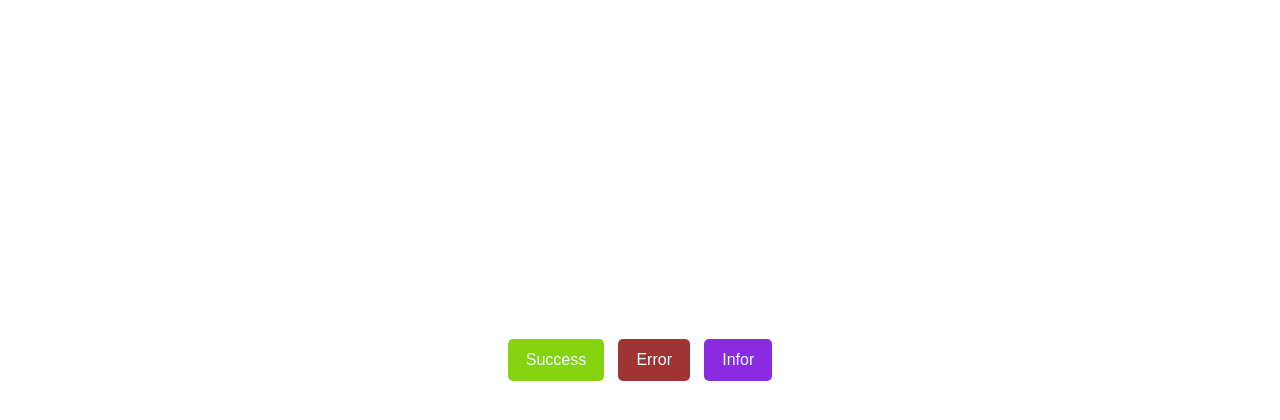
Repository: thuynguyen0964/Toast-Cooler
Page: index.html
The author's editor kept a copy of each file at every save. The page is drawn from the files as they stood at one save, then again after a run of saves.
The browser window is 1280 px wide. The pictures show the whole page.

Above is the page before, as saved 2023-01-27 16:37:23.

### index.html
<!DOCTYPE html>
<html lang="en">
  <head>
    <meta charset="UTF-8" />
    <meta http-equiv="X-UA-Compatible" content="IE=edge" />
    <meta name="viewport" content="width=device-width, initial-scale=1.0" />
    <title>Toast Mess Cooler</title>
    <link
      href="https://fonts.googleapis.com/css2?family=Montserrat:wght@300;400&display=swap"
      rel="stylesheet"
    />
    <link
      rel="stylesheet"
      href="https://cdnjs.cloudflare.com/ajax/libs/font-awesome/6.2.1/css/all.min.css"
    />
    <link rel="stylesheet" href="./app/style.css" />
  </head>
  <body>
    <ul class="container">

    </ul>
    <div class="button__set">
        <button class="btn" id="Success">Success</button>
        <button class="btn" id="Error">Error</button>
        <button class="btn" id="Infor">Infor</button>
    </div>

    <script src="./app/main.js"></script>
  </body>
</html>

### app/style.css
*{
    margin: 0;
    padding: 0;
    box-sizing: border-box;
}
body{
    font-family: "Montserrat", sans-serif;
    display: flex;
    align-items: center;
    justify-content: center;
    min-height: 100vh;
}
.container{
    position: fixed;
    top: 30px;
    right: 20px;
}
.toast{
    width: 350x;
    list-style: none;
    border-left: 5px solid #9de031;
    border-radius: 5px;
    display: flex;
    align-items: center;
    justify-content: space-between;
    background-color: #e1ebe671;
    margin: 10px 0;
    animation: sliderin 0.5s ease forwards;
}

@keyframes sliderin {
    0%{
        transform: translate(calc(100% + 20px));
    }
    100%{
        transform: translate(0);
    }
}
.toast__text{
    padding: 0 12px;
}
.toast__desc,
.toast__title{
    margin: 8px 0;
}
.icon__close,
.icon{
    padding:0 10px;
    font-size: 24px;
}
.icon__close{
    cursor: pointer;
}

.Success .icon{
    color:#86d410 ;
}
.Error .icon{
    color: #a03333;
}
.Infor .icon{
    color: blueviolet;
}

.btn{
    font-size: 16px;
    color: azure;
    border: unset;
    outline: none;
    padding: 12px 18px;
    margin: 0 5px;
    border-radius: 5px;
    cursor: pointer;
}
.btn:active{
    transform: scale(0.8);
}
.btn#Success{
    background-color: #86d410;
}
.btn#Error{
    background-color: #a03333;
}
.btn#Infor{
    background-color: blueviolet;
}
@keyframes fadeout {
    0%{
        transform: translate(0);
    }
    100%{
        transform: translate(calc(100% + 20px));
    }
}
.hidden{
    animation: fadeout 0.5s linear forwards;
}

@media screen and (max-width : 600px){
    .container{
        width: 90%;
        margin: 0 auto;
    }
    .container .toast{
        width: 100%;
        font-size: 16px;
    }
    .btn{
        margin: 0 3px;
        font-size: 1.1rem;
        padding: 8px 15px;
    }
}

### app/main.js
let container = document.querySelector(".container");
let btns = document.querySelectorAll(".btn");
let toastDetails = {
  time: 4000,
  Success: {
    icon: "fa-solid fa-circle-check",
    title: "success",
    text: "This is a success toast!!!",
  },
  Error: {
    icon: "fa-solid fa-triangle-exclamation",
    title: "error",
    text: "This is a error toast!!!",
  },
  Infor: {
    icon: "fa-solid fa-circle-info",
    title: "infor",
    text: "This is a infor toast!!!",
  },
};
let removeToast = (toast) => {
    if(toast.timeId){clearTimeout(toast.timeId)};
  toast.classList.add("hidden");
  setTimeout(() => {
    toast.remove();
  }, 500);
  //xoa toast khỏi DOM sau 0.5s
};

let createToast = function (id) {
  let { icon, text, title } = toastDetails[id];
  let toast = document.createElement("li");
  toast.className = `toast ${id}`;
  toast.innerHTML = `<div class="icon">
                        <i class="${icon}"></i>
                    </div>
                    <div class="toast__text">
                        <h4 class="toast__title">${title}</h4>
                        <p class="toast__desc">${text}</p>
                    </div>
                    <div class="icon__close">
                        <i class="fa-solid fa-circle-xmark"></i>
                    </div>`;

  container.appendChild(toast);
  toast.timeId = setTimeout(() => {
    removeToast(toast);
  }, toastDetails.time);
};

btns.forEach((value) => {
  value.addEventListener("click", () => {
    createToast(value.id);
  });
});

After the next 6 saves:
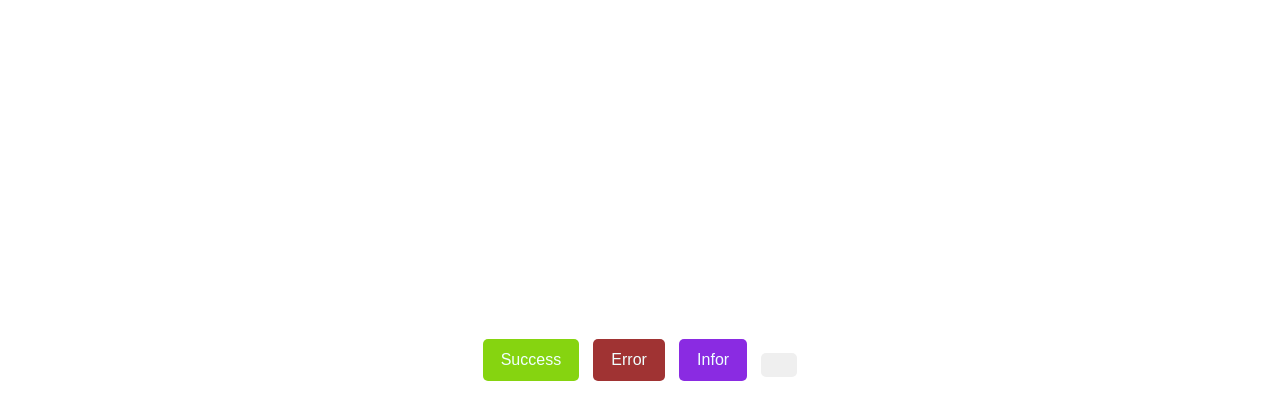
The 6 saves are shown as one change because they came seconds apart.
The last was saved 56 s later.
--- a/index.html
+++ b/index.html
@@ -23,6 +23,7 @@
         <button class="btn" id="Success">Success</button>
         <button class="btn" id="Error">Error</button>
         <button class="btn" id="Infor">Infor</button>
+        <button class="btn" id=""></button>
     </div>
 
     <script src="./app/main.js"></script>
